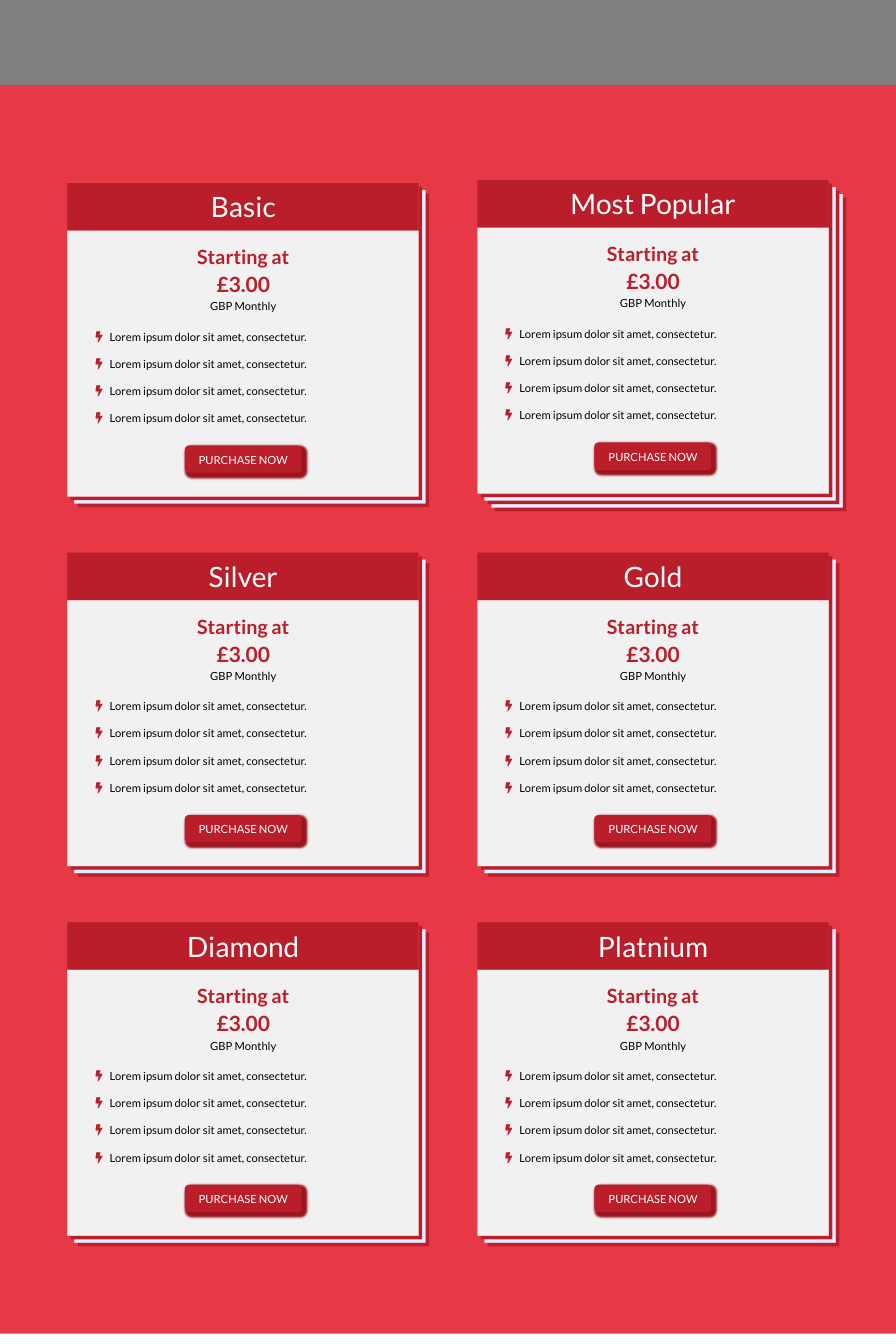
Repository: CallumS19/energise-hosting-project
Page: http://localhost/
The author's editor kept a record of every edit. The page is drawn from the files as they stood at one moment, then again after the next edit.
The browser window is 1280 px wide. The pictures show the part of the page from y = 599 to 2519 px (the page is 3604 px tall before and 4504 px after), at 70% of full size.
Pictures or frames that could not be fetched are drawn as grey boxes. Backgrounds fixed to the window are drawn as part of the page. Some web libraries are served in a nearby version. The page is run by PHP 8.4 with error messages shown; the project is at /var/www/html/.

Above is the page before.

### workspace/css/frontend.css
* {
    box-sizing: border-box;
}

body {
    margin: 0;
    padding: 0;
    font-family: 'Lato', sans-serif;
}

nav {
    width: 100%;
    position: fixed;
    top: 0;
    z-index: 4;
}

nav .container {
    width: 100%;
    max-width: 880px;
    margin: 0 auto;
    padding: 10px 0;
    display: flex;
    justify-content: space-between;
    align-items: center;
}

nav .logo img {
    width: 100%;
    height: 100%;
    display: block;
}

nav .list a {
    text-decoration: none;
    text-transform: capitalize;
    color: #fff;
    font-size: 20px;
    font-weight: 300;
    margin: 0 8px;
    transition: .5s ease-in-out;
}

.main {
    width: 100%;
    background: url('../img/Home-welcome-banner.jpg') no-repeat center center;
    background-size: cover;
    background-attachment: fixed;
    position: relative;
    min-height: 100vh;
}

.main .overlay {
    position: absolute;
    top: 0;
    right: 0;
    bottom: 0;
    left: 0;
    background: #000;
    opacity: .2;
}
/* Website Plans */
.pricing {
    width: 100%;
    padding: 100px 0;
    background: #e63845;
}

.pricing .container {
    display: flex;
    justify-content: space-between;
    max-width: 1350px;
    margin: 0 auto;
    flex-wrap: wrap;
}

.pricing .card {
    margin: 40px 0;
    width: 100%;
    max-width: 350px;
    transition: .6s ease-in-out;
    box-shadow: 5px 5px 0px 0px #b91e2a, 10px 10px 0px 0px #E1EEFF, 15px 15px 0px 0px #b91e2a, 5px 5px 15px 5px rgba(0, 0, 0, 0);
}

.pricing .card:hover .card-info .card-desc .btn {
    transform: scale(1.05);
}

.pricing .card:nth-child(2) {
    transform: translateY(-40px);
    box-shadow: 5px 5px 0px 0px #b91e2a, 10px 10px 0px 0px #E1EEFF, 15px 15px 0px 0px #b91e2a, 20px 20px 0px 0px #E1EEFF, 25px 25px 0px 0px #b91e2a, 5px 5px 15px 5px rgba(0, 0, 0, 0);
    animation: h3h394 6s infinite;
}

.pricing .card:nth-child(2) .hidden {
    display: none;
}

.pricing .card:nth-child(2):hover h2 {
    display: none;
}

.pricing .card:nth-child(2):hover .hidden {
    display: block;
}

.pricing .card:nth-child(2):hover {
    animation-play-state: paused;
}

@keyframes h3h394{
    0%{
        transform: translateY(0);
    }
    50%{
        transform: translateY(-40px);
    }
    100%{
        transform: translateY(0);
    }
}

/*.pricing .card:nth-child(3) {
    transform: translateY(30px);
}*/

.pricing .card .card-title {
    padding: 10px 0;
    background: #b91e2a;
    text-align: center;
}

.pricing .card .card-title h2 {
    margin: 0;
    color: #fff;
    font-weight: 400;
    font-size: 40px;
}

.pricing .card .card-info {
    background: #f1f1f1;
    text-align: center;
    padding: 20px 40px;
}

.pricing .card .card-info h3 {
    margin: 0;
    color: #b91e2a;
    font-size: 28px;
    font-weight: 600;
}

.pricing .card .card-info h4 {
    color: #b91e2a;
    font-size: 30px;
    margin: 4px 0;
}

.pricing .card .card-info span {
    color: #000;
    font-weight: 500;
}

.pricing .card .card-info .card-desc {
    width: 100%;
    padding: 14px 0;
}

.pricing .card .card-info .card-desc i {
    color: #b91e2a;
    margin-right: 10px;
}

.pricing .card .card-info .card-desc p {
    margin: 10px 0;
}

.pricing .card .card-info .card-desc .btn {
    text-decoration: none;
    text-transform: uppercase;
    background: #b91e2a;
    color: #fff;
    padding: 10px 20px;
    margin: 20px auto 0 auto;
    border-radius: 6px;
    transition: .6s ease-in-out;
    box-shadow: 4px 4px 3px 4px #9c1420;
}

.pricing .card .card-info .card-desc .btn:hover {
    box-shadow: 4px 4px 3px 4px #5f0b12;
}

.pricing .card .card-info .card-desc div {
    display: flex;
    align-items: center;
}

/* Server Features */
.features {
    width: 100%;
    padding: 100px 0;
    background: #fff;
    display: flex;
    justify-content: center;
}

.features .container {
    display: flex;
    justify-content: space-between;
    max-width: 1200px;
    margin: 0 auto;
    flex-wrap: wrap;
}

.features .f-card {
  background-color: transparent;
  width: 100%;
  max-width: 300px;
  height: 300px;
  perspective: 1000px;
  margin-right: 100px;
  margin-left: 100px;
}

.features .f-card-inner {
  position: relative;
  width: 100%;
  height: 100%;
  text-align: center;
  transition: transform 0.6s;
  transform-style: preserve-3d;
  box-shadow: 0 4px 8px 0 rgba(0,0,0,0.2);
}

.features .f-card:hover .f-card-inner {
  transform: rotateY(180deg);
}

.features .f-card-front, .f-card-back {
  position: absolute;
  width: 100%;
  height: 100%;
  backface-visibility: hidden;
}

.features .f-card-front {
  background-color: transparent;
  color: black;
}

.features .f-card-back {
  background-color: #fff;
  color: #b91e2a;
  transform: rotateY(180deg);
  padding: 10px;
}

@media(max-width: 1190px) {
    .pricing .container {
        flex-direction: column;
        align-items: center;
    }
    .pricing .card {
        max-width: 76%;
        margin: 50px 0;
    }
    .pricing .card:nth-child(2) {
        transform: translateY(0px);
    }
    .pricing .card:nth-child(3) {
        transform: translateY(0px);
    }
    .pricing .card .card-info .card-desc div {
        justify-content: center;
    }
}

@media(min-width: 1191px) and (max-width: 1830px) {
    .pricing .container {
        flex-wrap: wrap;
        justify-content: space-evenly;
        max-width: 98%;
    }
    .pricing .card {
        max-width: 40%;
        margin: 40px 0;
        transition: 1s ease;
    }
    .pricing .card:nth-child(2) {
        transform: translateY(0px);
    }
    .pricing .card:nth-child(3) {
        transform: translateY(0px);
    }
}

@media (max-width: 1000px) {
    nav .container {
        max-width: 90%;
        flex-direction: column;
    }
    nav .list {
        margin: 10px 0 4px 0;
    }
}

Loaded but not shown: workspace/js/onScroll.js (12 lines, source omitted); workspace/index.php (299 lines, source omitted)

After the next edit:
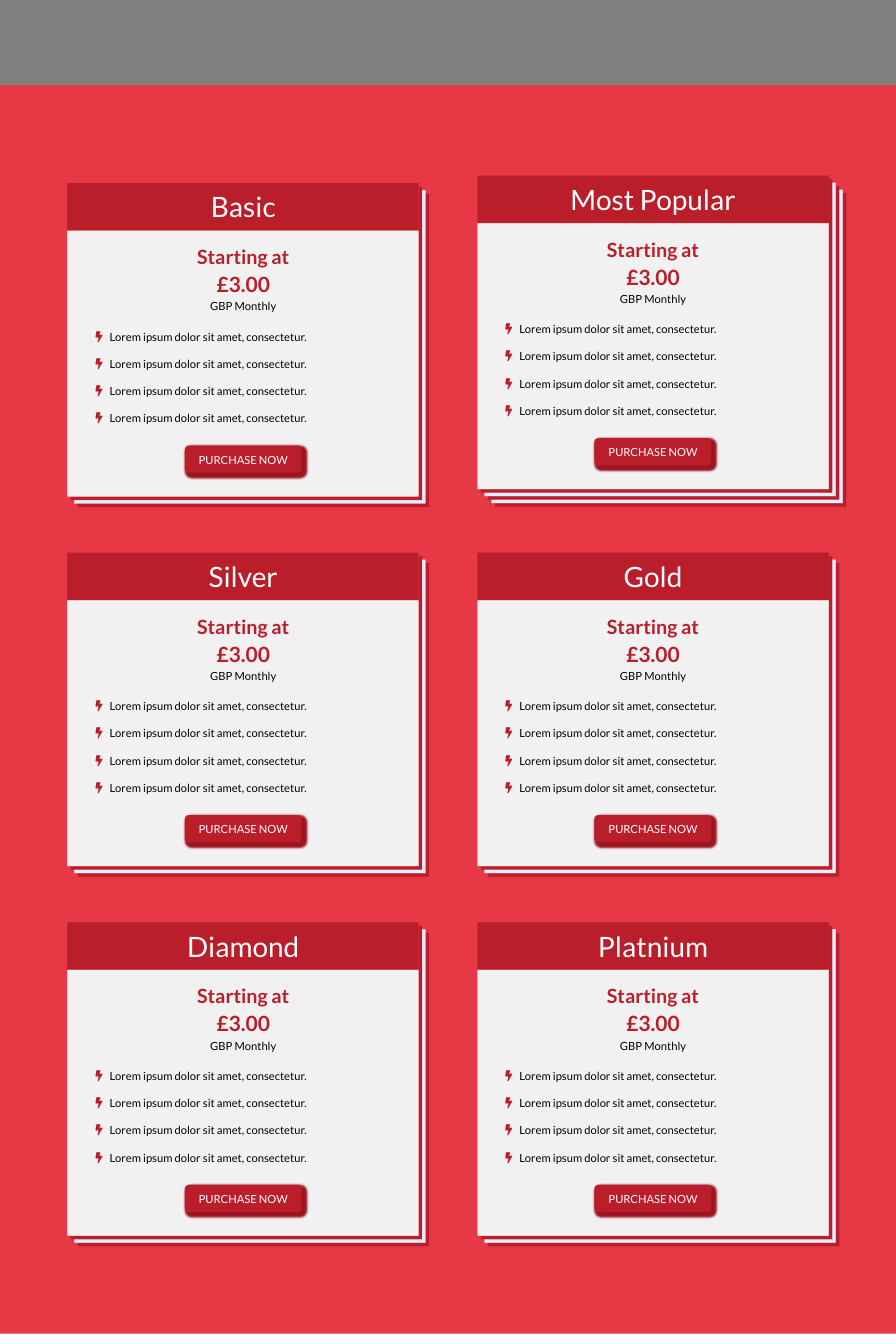
The edit:
--- a/workspace/css/frontend.css
+++ b/workspace/css/frontend.css
@@ -219,8 +219,8 @@
   max-width: 300px;
   height: 300px;
   perspective: 1000px;
-  margin-right: 100px;
-  margin-left: 100px;
+  margin-right: 70px;
+  margin-left: 70px;
 }
 
 .features .f-card-inner {

After the 2 edits that followed:
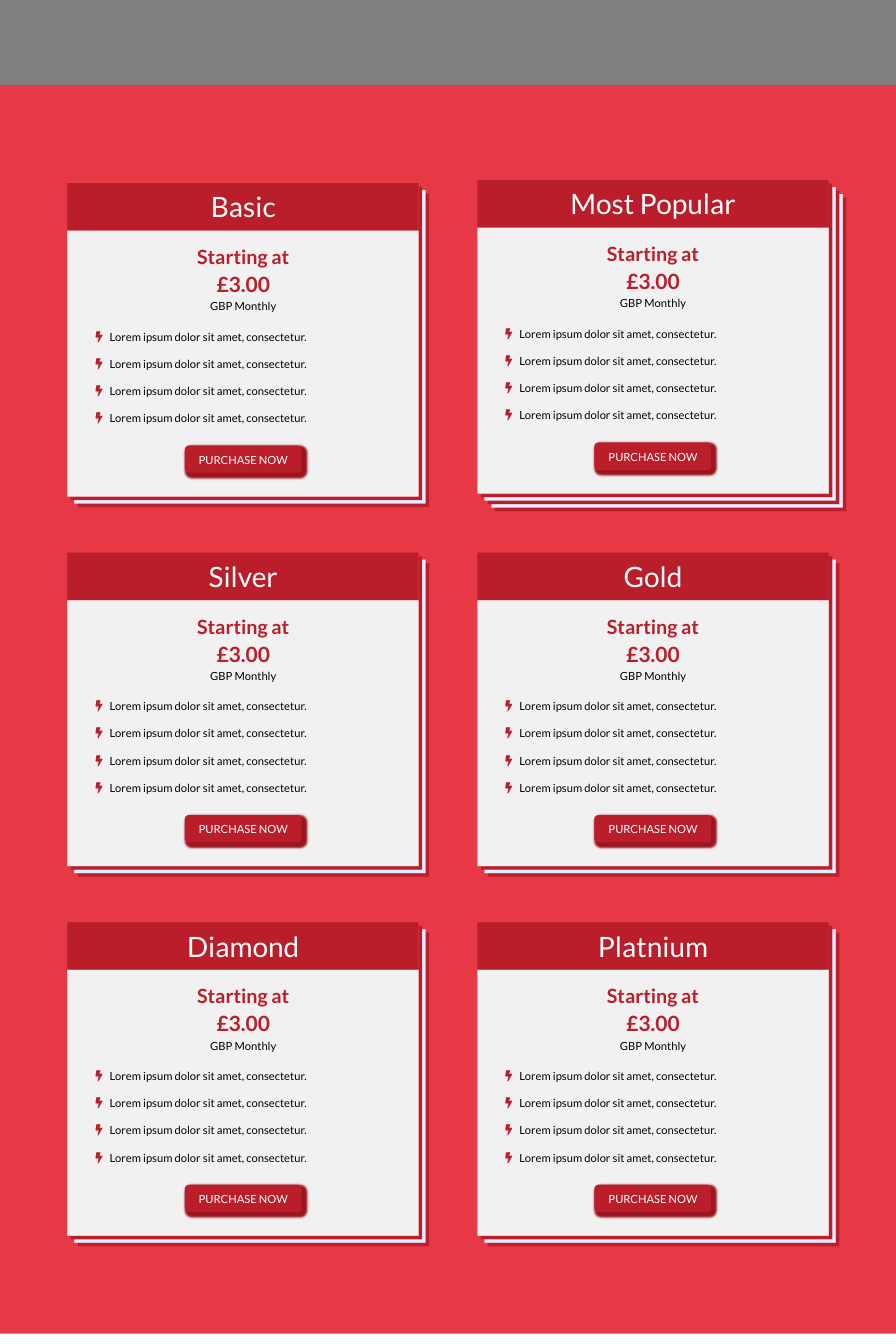
The 2 edits are shown as one change because 1 left the picture as it was.
The edit:
--- a/workspace/css/frontend.css
+++ b/workspace/css/frontend.css
@@ -208,7 +208,7 @@
 .features .container {
     display: flex;
     justify-content: space-between;
-    max-width: 1200px;
+    max-width: 1350px;
     margin: 0 auto;
     flex-wrap: wrap;
 }
@@ -219,8 +219,7 @@
   max-width: 300px;
   height: 300px;
   perspective: 1000px;
-  margin-right: 70px;
-  margin-left: 70px;
+  margin: 0 100px;
 }
 
 .features .f-card-inner {
